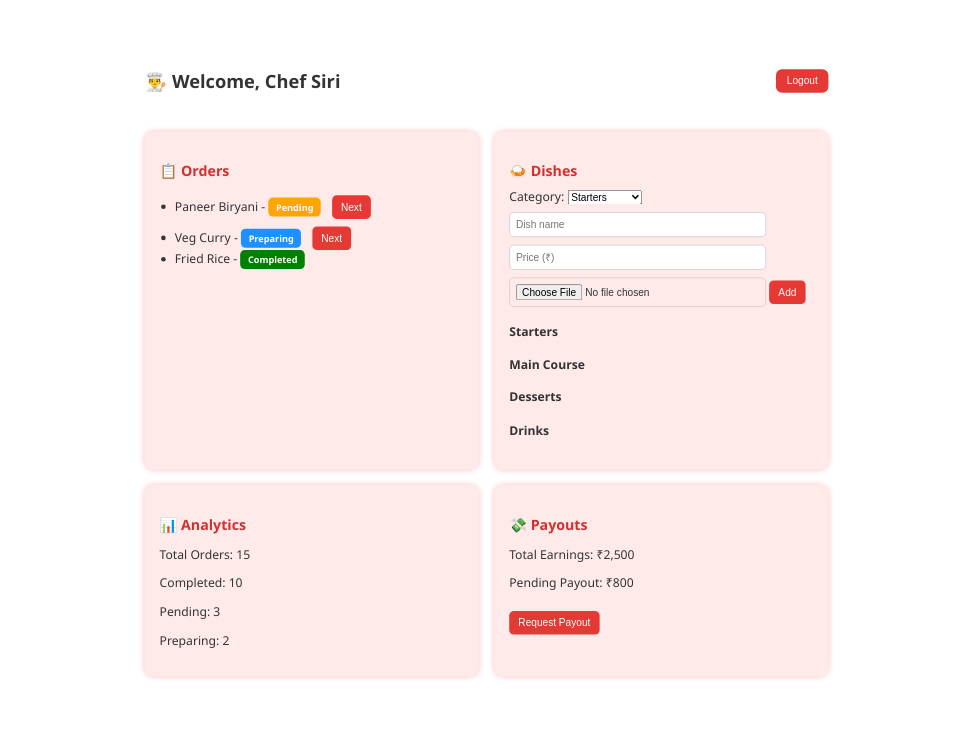
Repository: 1Siri7/chef
Page: dashboard.html
These files come from the project's save history. The page is drawn as it stood at one moment and after the next save; the edit follows.
The browser window is 1280 px wide. The pictures show the whole page, at 76% of full size.

Above is the page before, as saved 2025-07-29 18:37:53.

After the next save:
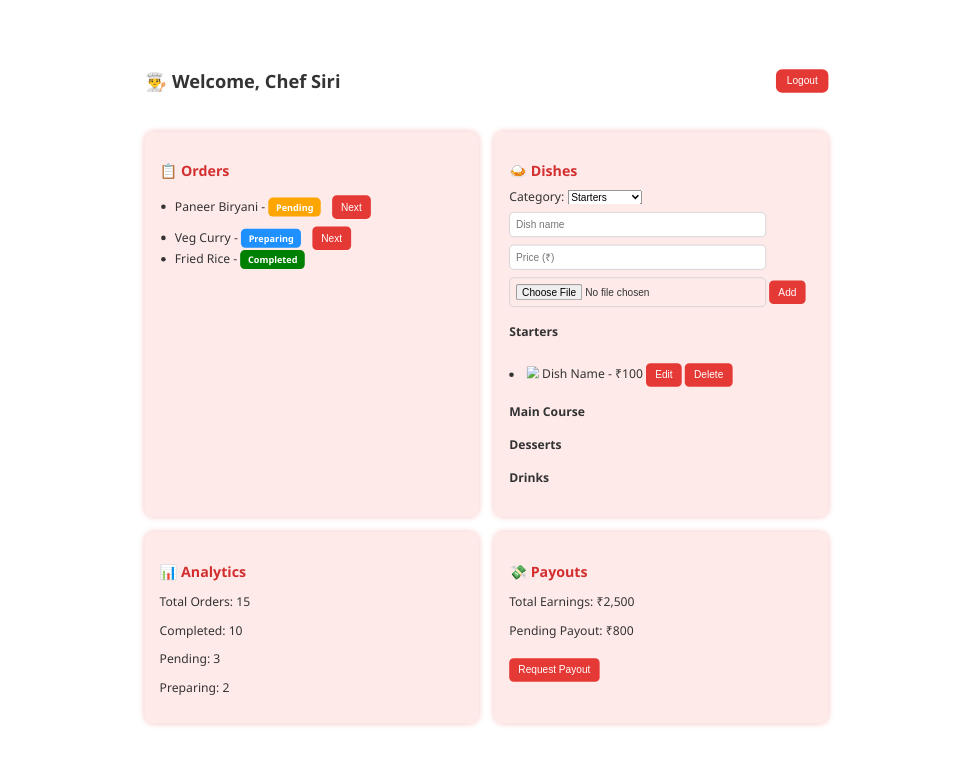
Not found: ...
Saved 2 min 11 s later.
--- a/dashboard.html
+++ b/dashboard.html
@@ -41,6 +41,13 @@
 
         <h4>Starters</h4>
         <ul id="startersList"></ul>
+        <li>
+  <img src="..." />
+  Dish Name - ₹100
+  <button onclick="editDish(this)">Edit</button>
+  <button onclick="deleteDish(this)">Delete</button>
+</li>
+
 
         <h4>Main Course</h4>
         <ul id="main-courseList"></ul>

After the 6 saves that followed:
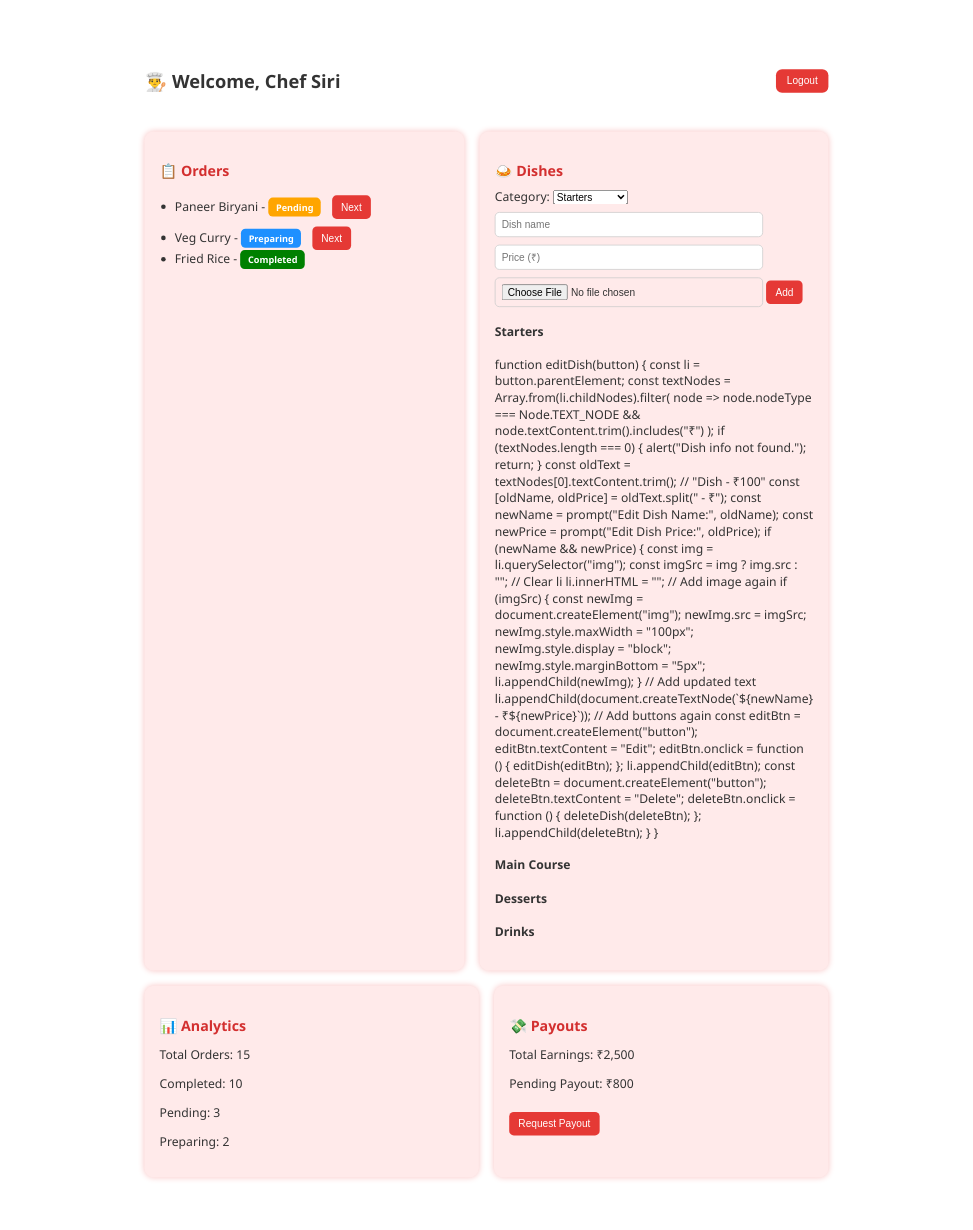
The 6 saves are shown as one change because 2 left the picture as it was and some came seconds apart.
The last was saved 3 min 5 s later.
--- a/dashboard.html
+++ b/dashboard.html
@@ -41,12 +41,59 @@
 
         <h4>Starters</h4>
         <ul id="startersList"></ul>
-        <li>
-  <img src="..." />
-  Dish Name - ₹100
-  <button onclick="editDish(this)">Edit</button>
-  <button onclick="deleteDish(this)">Delete</button>
-</li>
+        function editDish(button) {
+  const li = button.parentElement;
+  const textNodes = Array.from(li.childNodes).filter(
+    node => node.nodeType === Node.TEXT_NODE && node.textContent.trim().includes("₹")
+  );
+
+  if (textNodes.length === 0) {
+    alert("Dish info not found.");
+    return;
+  }
+
+  const oldText = textNodes[0].textContent.trim(); // "Dish - ₹100"
+  const [oldName, oldPrice] = oldText.split(" - ₹");
+
+  const newName = prompt("Edit Dish Name:", oldName);
+  const newPrice = prompt("Edit Dish Price:", oldPrice);
+
+  if (newName && newPrice) {
+    const img = li.querySelector("img");
+    const imgSrc = img ? img.src : "";
+
+    // Clear li
+    li.innerHTML = "";
+
+    // Add image again
+    if (imgSrc) {
+      const newImg = document.createElement("img");
+      newImg.src = imgSrc;
+      newImg.style.maxWidth = "100px";
+      newImg.style.display = "block";
+      newImg.style.marginBottom = "5px";
+      li.appendChild(newImg);
+    }
+
+    // Add updated text
+    li.appendChild(document.createTextNode(`${newName} - ₹${newPrice}`));
+
+    // Add buttons again
+    const editBtn = document.createElement("button");
+    editBtn.textContent = "Edit";
+    editBtn.onclick = function () {
+      editDish(editBtn);
+    };
+    li.appendChild(editBtn);
+
+    const deleteBtn = document.createElement("button");
+    deleteBtn.textContent = "Delete";
+    deleteBtn.onclick = function () {
+      deleteDish(deleteBtn);
+    };
+    li.appendChild(deleteBtn);
+  }
+}
 
 
         <h4>Main Course</h4>
--- a/script.js
+++ b/script.js
@@ -111,45 +111,56 @@ function previewImage(input) {
   const file = input.files[0];
   if (file) alert("Selected file: " + file.name);
 }
-function editDish(btn) {
-  const li = btn.parentElement;
-  const textNode = Array.from(li.childNodes).find(
+function editDish(button) {
+  const li = button.parentElement;
+  const textNodes = Array.from(li.childNodes).filter(
     node => node.nodeType === Node.TEXT_NODE && node.textContent.trim().includes("₹")
   );
 
-  if (!textNode) return;
+  if (textNodes.length === 0) {
+    alert("Dish info not found.");
+    return;
+  }
 
-  const [currentName, currentPrice] = textNode.textContent.trim().split(" - ₹");
-  const newName = prompt("Edit dish name:", currentName);
-  const newPrice = prompt("Edit dish price:", currentPrice);
+  const oldText = textNodes[0].textContent.trim(); // "Dish - ₹100"
+  const [oldName, oldPrice] = oldText.split(" - ₹");
+
+  const newName = prompt("Edit Dish Name:", oldName);
+  const newPrice = prompt("Edit Dish Price:", oldPrice);
 
   if (newName && newPrice) {
     const img = li.querySelector("img");
     const imgSrc = img ? img.src : "";
 
+    // Clear li
     li.innerHTML = "";
 
+    // Add image again
     if (imgSrc) {
       const newImg = document.createElement("img");
       newImg.src = imgSrc;
-      newImg.alt = newName;
       newImg.style.maxWidth = "100px";
       newImg.style.display = "block";
       newImg.style.marginBottom = "5px";
       li.appendChild(newImg);
     }
 
-    const text = document.createTextNode(`${newName} - ₹${newPrice}`);
-    li.appendChild(text);
+    // Add updated text
+    li.appendChild(document.createTextNode(`${newName} - ₹${newPrice}`));
 
+    // Add buttons again
     const editBtn = document.createElement("button");
     editBtn.textContent = "Edit";
-    editBtn.onclick = () => editDish(editBtn);
+    editBtn.onclick = function () {
+      editDish(editBtn);
+    };
     li.appendChild(editBtn);
 
     const deleteBtn = document.createElement("button");
     deleteBtn.textContent = "Delete";
-    deleteBtn.onclick = () => deleteDish(deleteBtn);
+    deleteBtn.onclick = function () {
+      deleteDish(deleteBtn);
+    };
     li.appendChild(deleteBtn);
   }
 }
